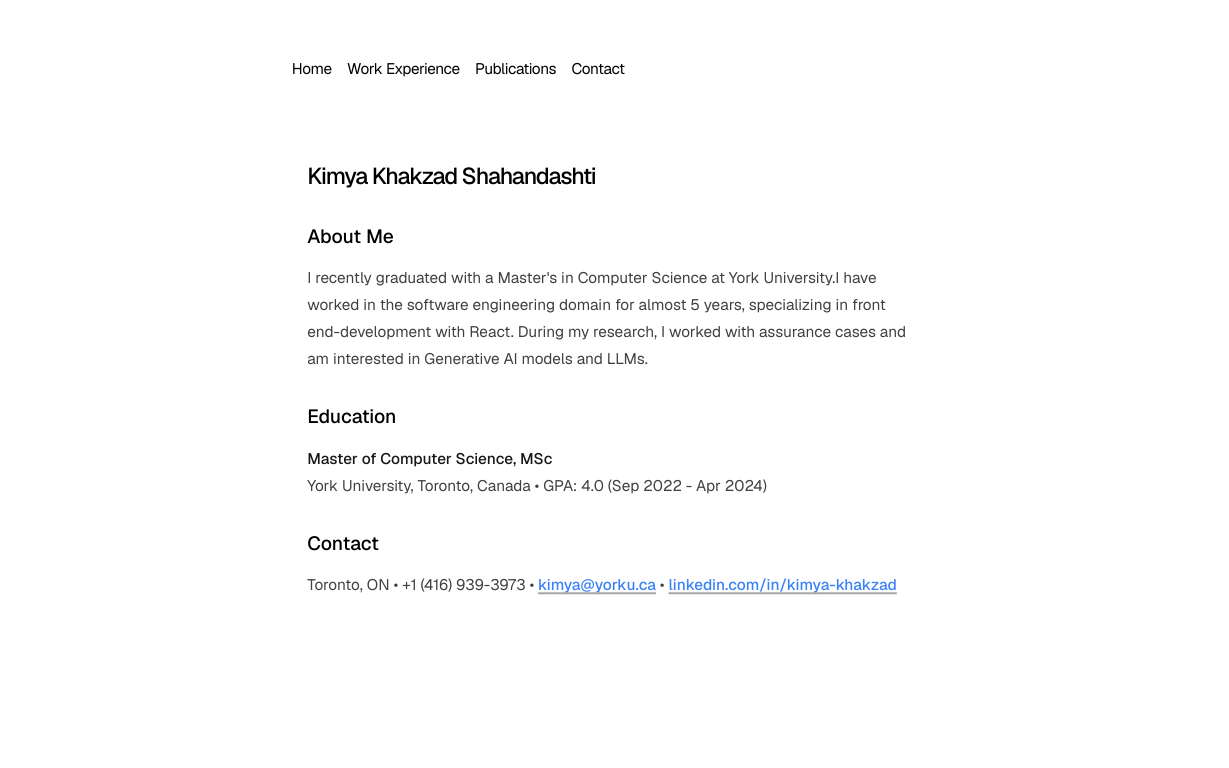
Repository: kimixz/kimixz.github.io
Page: /
These files come from the project's save history. The page is drawn as it stood at one moment and after the next save; the edit follows.
The browser window is 1280 px wide. The pictures show the whole page, at 96% of full size.
The project was rebuilt for these pictures with package versions that can differ from the ones it lists, and the page was loaded fresh each time. Some packages were replaced by stand-ins written for this rebuild. The framework's server and built-in components were replaced by stand-ins that run in the browser. Also part of the build but not shown: next.config.mjs, app/blog/[slug]/sandpack.tsx.

Above is the page before, as saved 2024-07-28 18:53:32.

After the next save:
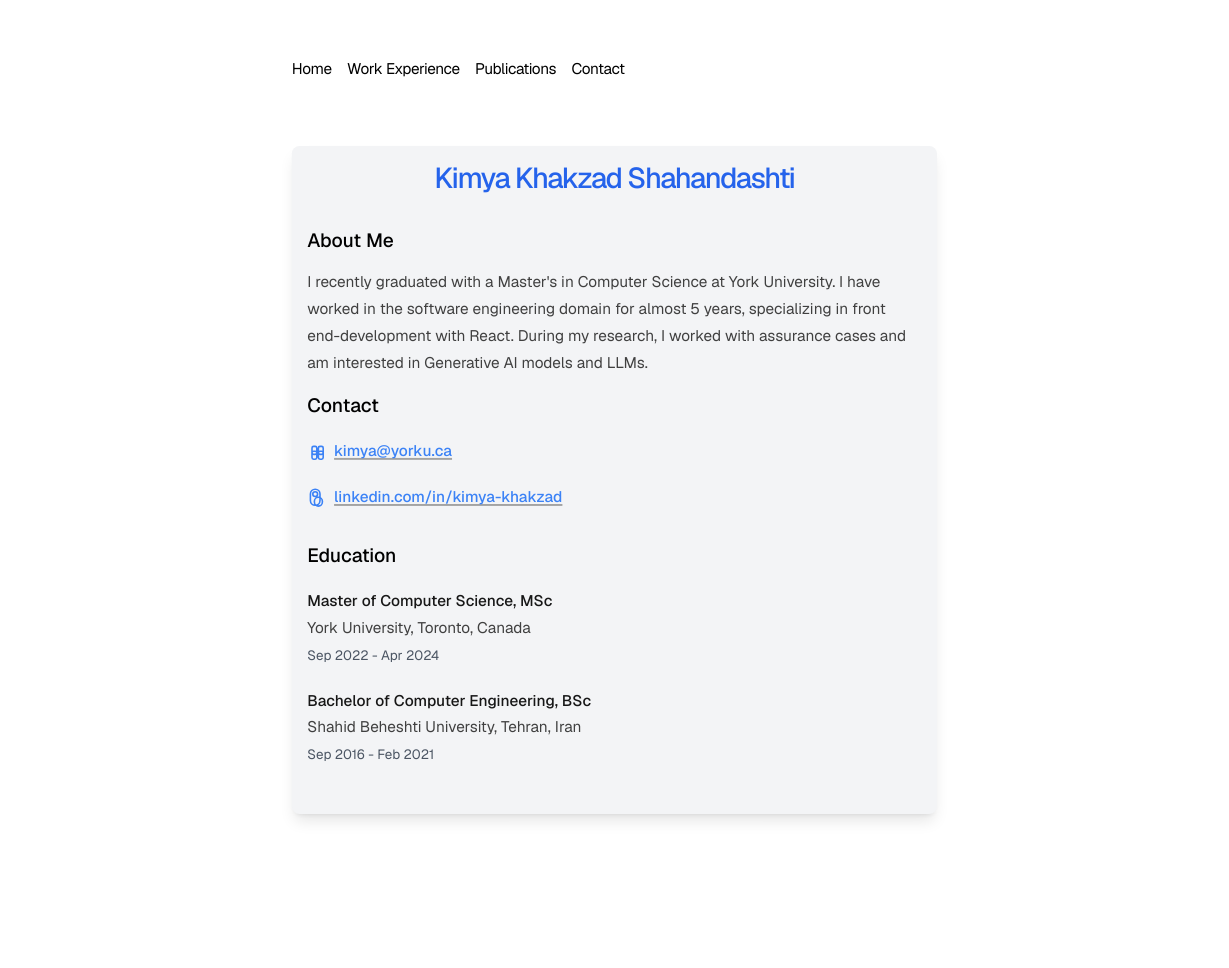
Saved 117 s later.
--- a/app/page.tsx
+++ b/app/page.tsx
@@ -1,32 +1,47 @@
 export default function Page() {
   return (
-    <section className="max-w-3xl mx-auto p-4">
-      <h1 className="font-medium text-2xl mb-8 tracking-tighter">Kimya Khakzad Shahandashti</h1>
+    <section className="max-w-3xl mx-auto p-4 bg-gray-100 dark:bg-gray-800 rounded-lg shadow-lg">
+      <h1 className="font-medium text-3xl mb-8 tracking-tighter text-center text-blue-600 dark:text-blue-400">Kimya Khakzad Shahandashti</h1>
 
       <section className="mb-8">
         <h2 className="font-medium text-xl mb-4">About Me</h2>
         <p className="prose prose-neutral dark:prose-invert">
-          I recently graduated with a Master's in Computer Science at York University.I have worked in the software engineering domain for almost 5 years, specializing in front end-development with React.
+          I recently graduated with a Master's in Computer Science at York University. I have worked in the software engineering domain for almost 5 years, specializing in front end-development with React.
           During my research, I worked with assurance cases and am interested in Generative AI models and LLMs.
         </p>
+        <div className="mt-4">
+          <h2 className="font-medium text-xl mb-4">Contact</h2>
+          <p className="prose prose-neutral dark:prose-invert">
+            <a href="mailto:kimya@yorku.ca" className="text-blue-500 flex items-center">
+              <svg xmlns="http://www.w3.org/2000/svg" className="h-5 w-5 mr-2" fill="none" viewBox="0 0 24 24" stroke="currentColor">
+                <path strokeLinecap="round" strokeLinejoin="round" strokeWidth={2} d="M16 12h2a2 2 0 012 2v6a2 2 0 01-2 2h-2a2 2 0 01-2-2v-6a2 2 0 012-2zm-8 0h2a2 2 0 012 2v6a2 2 0 01-2 2H8a2 2 0 01-2-2v-6a2 2 0 012-2zm8-6h2a2 2 0 012 2v6a2 2 0 01-2 2h-2a2 2 0 01-2-2V8a2 2 0 012-2zm-8 0h2a2 2 0 012 2v6a2 2 0 01-2 2H8a2 2 0 01-2-2V8a2 2 0 012-2z" />
+              </svg>
+              kimya@yorku.ca
+            </a>
+            <a href="https://linkedin.com/in/kimya-khakzad" className="text-blue-500 flex items-center mt-2">
+              <svg xmlns="http://www.w3.org/2000/svg" className="h-5 w-5 mr-2" fill="none" viewBox="0 0 24 24" stroke="currentColor">
+                <path strokeLinecap="round" strokeLinejoin="round" strokeWidth={2} d="M16 8a6 6 0 00-12 0v8a6 6 0 0012 0V8zm-6-3a3 3 0 110 6 3 3 0 010-6zm9 12a5 5 0 00-10 0v1a5 5 0 0010 0v-1z" />
+              </svg>
+              linkedin.com/in/kimya-khakzad
+            </a>
+          </p>
+        </div>
       </section>
-
-
 
       <section className="mb-8">
         <h2 className="font-medium text-xl mb-4">Education</h2>
-        <p className="prose prose-neutral dark:prose-invert">
-          <strong>Master of Computer Science, MSc</strong><br />
-          York University, Toronto, Canada • GPA: 4.0 (Sep 2022 - Apr 2024)
-        </p>
-      </section>
-
-
-      <section>
-        <h2 className="font-medium text-xl mb-4">Contact</h2>
-        <p className="prose prose-neutral dark:prose-invert">
-          Toronto, ON • +1 (416) 939-3973 • <a href="mailto:kimya@yorku.ca" className="text-blue-500">kimya@yorku.ca</a> • <a href="https://linkedin.com/in/kimya-khakzad" className="text-blue-500">linkedin.com/in/kimya-khakzad</a>
-        </p>
+        <div className="prose prose-neutral dark:prose-invert">
+          <div className="mb-4">
+            <strong>Master of Computer Science, MSc</strong><br />
+            York University, Toronto, Canada<br />
+            <span className="text-sm text-gray-600 dark:text-gray-400">Sep 2022 - Apr 2024</span>
+          </div>
+          <div>
+            <strong>Bachelor of Computer Engineering, BSc</strong><br />
+            Shahid Beheshti University, Tehran, Iran<br />
+            <span className="text-sm text-gray-600 dark:text-gray-400">Sep 2016 - Feb 2021</span>
+          </div>
+        </div>
       </section>
     </section>
   );
